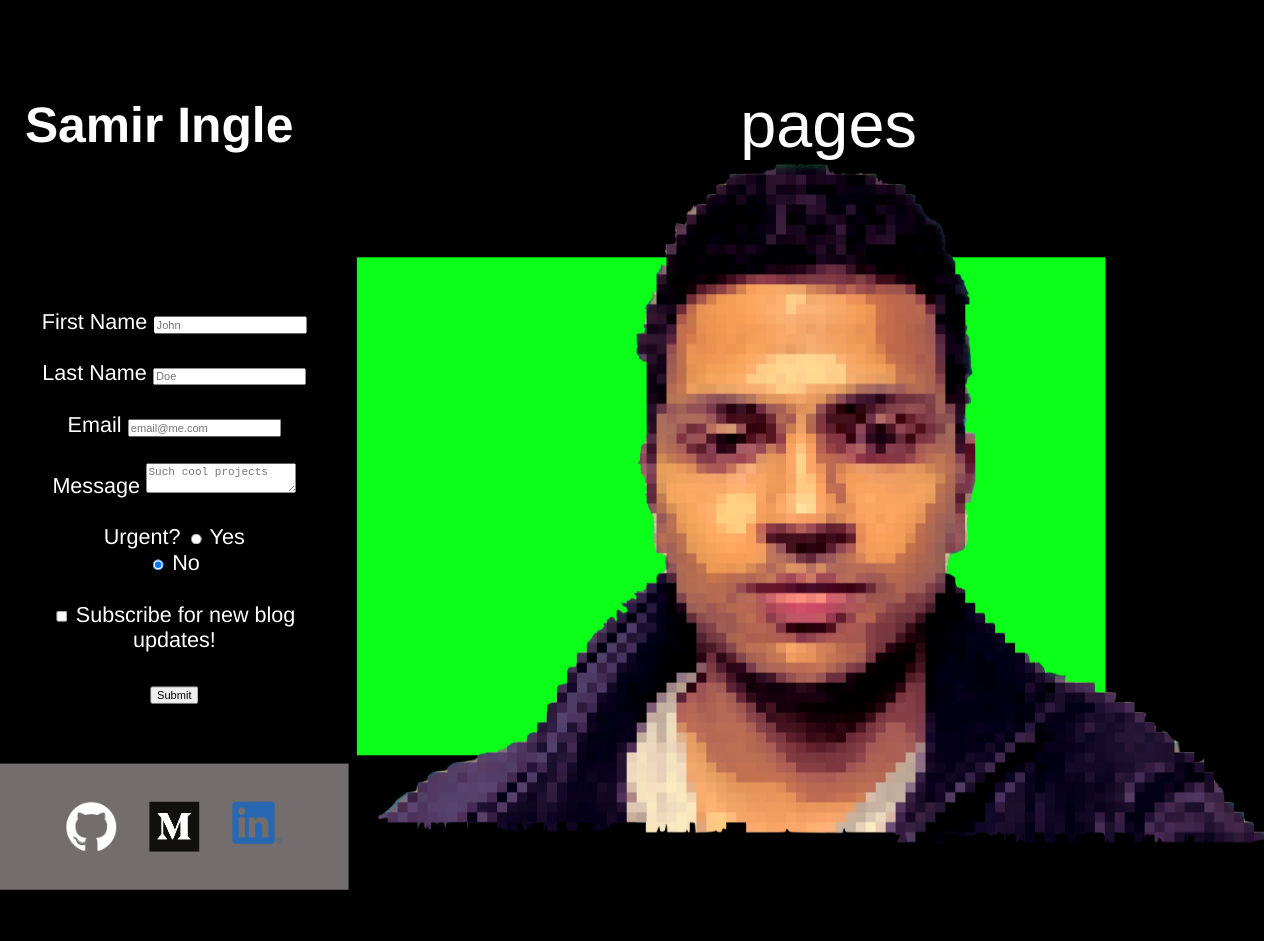
Repository: SamirIngley/html-semantic
Page: templates/contact.html
These files come from the project's save history. The page is drawn as it stood at one moment and after the next save; the edit follows.
The browser window is 1280 px wide. The page is 1523 px wide, so the pictures cover 1523 px, including what lies to the right of the window. The pictures show the whole page, at 83% of full size.

Above is the page before, as saved 2020-02-09 10:42:57.

After the next save:
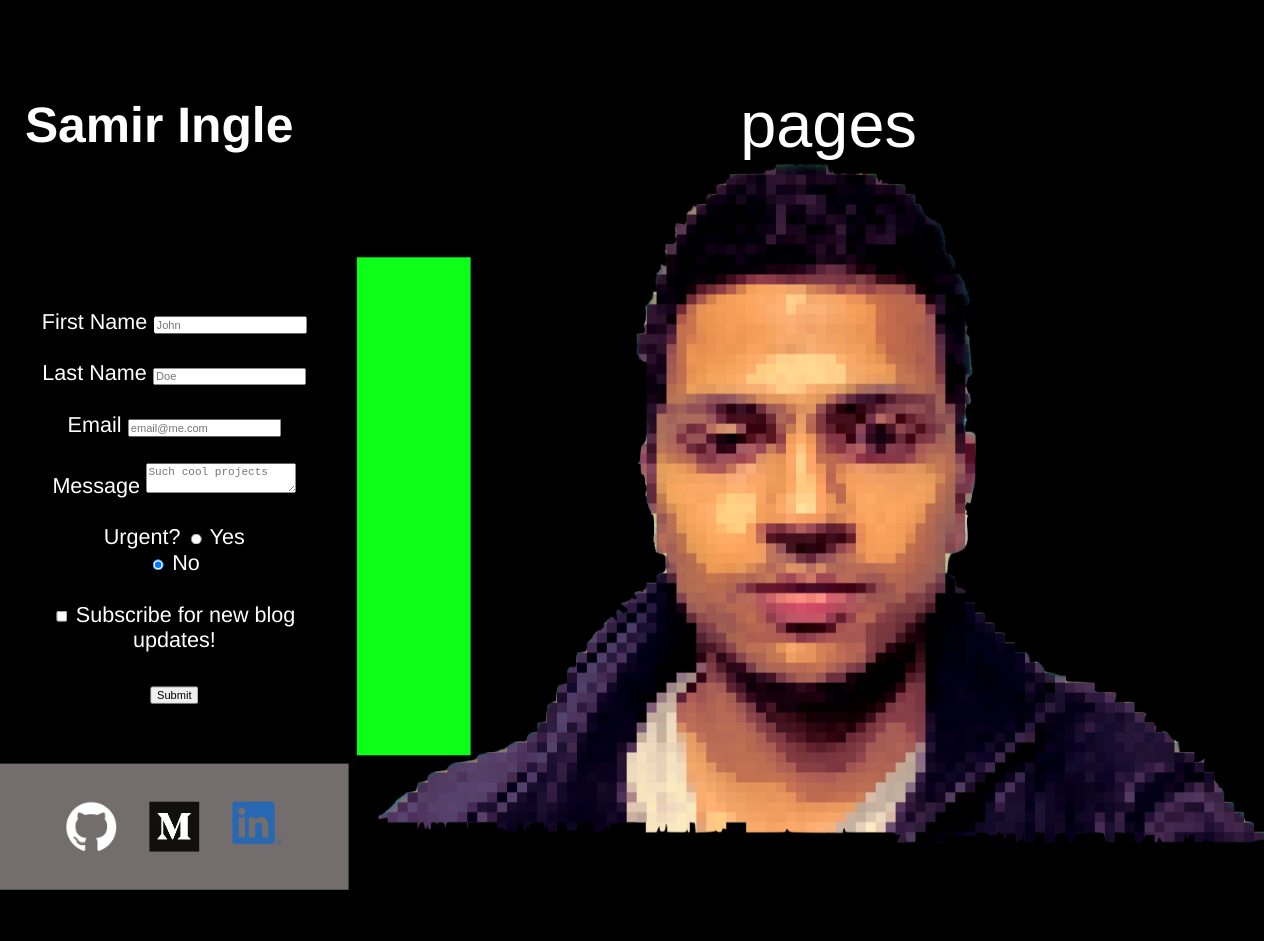
Saved 3 min 13 s later.
--- a/templates/style.css
+++ b/templates/style.css
@@ -93,7 +93,7 @@
 } */
 
 .side-bar {
-  width:100%;
+  width:10%;
 }
 
 /* ----- Nav ----- */

After the save that followed:
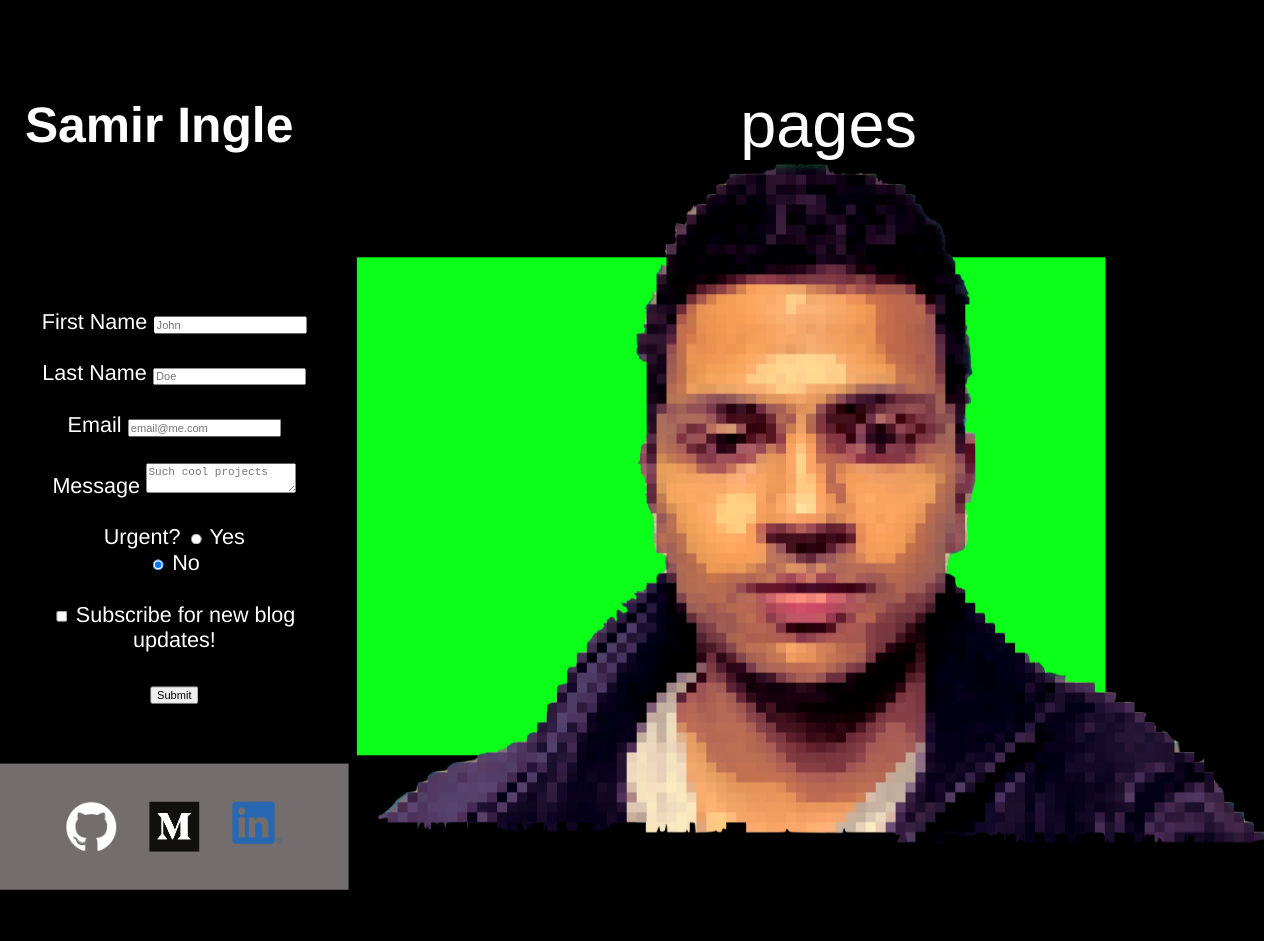
Saved 4 s later.
--- a/templates/style.css
+++ b/templates/style.css
@@ -93,7 +93,7 @@
 } */
 
 .side-bar {
-  width:10%;
+  width:100%;
 }
 
 /* ----- Nav ----- */
